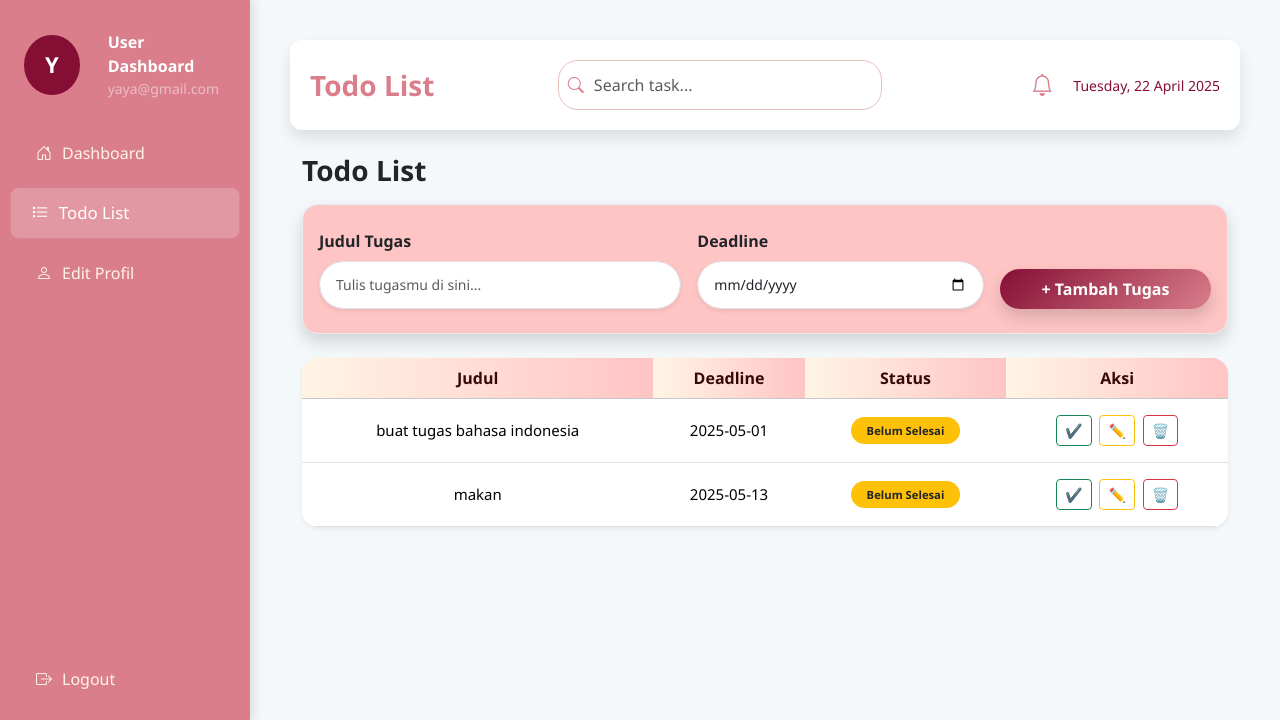
Repository: zhr-nabila/FloTime
Page: http://localhost/todo.php
These files come from the project's save history. The page is drawn as it stood at one moment and after a run of saves; the edit follows.
The browser window is 1280 px wide. The pictures show the whole page.
The page is run by PHP 8.4 with error messages shown; the project is at /var/www/html/. The session is filled in as if someone had signed in: {"email": "yaya@gmail.com", "status": "login", "user_id": 2}. Other server files are loaded and not shown. The database holds what the project's SQL file puts in it.

Above is the page before, as saved 2025-04-23 12:24:52.

### todo.php
<?php
session_start();
require 'koneksi.php';

if (!isset($_SESSION['status']) || $_SESSION['status'] != "login") {
    header("Location: login.php");
    exit();
}

$user_id = $_SESSION['user_id'];
$email = $_SESSION['email'];
$search = $_GET['search'] ?? '';

// Tambah task
if (isset($_POST['add_task'])) {
    $title = $_POST['title'];
    $deadline = $_POST['deadline'];
    $created_at = date('Y-m-d H:i:s');

    $stmt = $conn->prepare("INSERT INTO todos (user_id, title, status, deadline, created_at) VALUES (?, ?, 'pending', ?, ?)");
    $stmt->bind_param("isss", $user_id, $title, $deadline, $created_at);
    $stmt->execute();
    $stmt->close();

    header("Location: todo.php");
    exit();
}

// Centang task
if (isset($_GET['done'])) {
    $task_id = $_GET['done'];
    $conn->query("UPDATE todos SET status='completed' WHERE id=$task_id AND user_id=$user_id");
    header("Location: todo.php");
    exit();
}

// Hapus task
if (isset($_GET['delete'])) {
    $task_id = $_GET['delete'];
    $conn->query("DELETE FROM todos WHERE id=$task_id AND user_id=$user_id");
    header("Location: todo.php");
    exit();
}

// Ambil data tugas
$searchSql = !empty($search) ? "AND title LIKE '%$search%'" : "";
$sql = "SELECT * FROM todos WHERE user_id = $user_id $searchSql ORDER BY deadline ASC";
$result = $conn->query($sql);

if (!$result) {
    die("Query gagal: " . $conn->error);
}
?>

<!DOCTYPE html>
<html lang="en">

<head>
    <meta charset="UTF-8">
    <title>Todo List</title>
    <link href="https://cdn.jsdelivr.net/npm/bootstrap@5.3.3/dist/css/bootstrap.min.css" rel="stylesheet">
    <link href="https://cdn.jsdelivr.net/npm/bootstrap-icons@1.10.5/font/bootstrap-icons.css" rel="stylesheet">
    <link rel="stylesheet" href="css/style.css">
</head>

<body>

    <div class="sidebar d-flex flex-column">
        <div class="px-4 d-flex align-items-center mb-4">
            <div class="user-avatar"><?= strtoupper(substr($email, 0, 1)) ?></div>
            <div class="ms-2">
                <div class="fw-semibold">User Dashboard</div>
                <div class="small text-white-50"><?= htmlspecialchars($email) ?></div>
            </div>
        </div>
        <nav class="nav flex-column px-3">
            <a class="nav-link" href="dashboard.php"><i class="bi bi-house-door"></i> Dashboard</a>
            <a class="nav-link active" href="todo.php"><i class="bi bi-list-task"></i> Todo List</a>
            <a class="nav-link" href="profile.php"><i class="bi bi-person"></i> Edit Profil</a>
            <a class="nav-link logout" href="logout.php"><i class="bi bi-box-arrow-right"></i> Logout</a>
        </nav>
    </div>

    <div class="main-content">
        <div class="header">
            <div class="title">Todo List</div>
            <div class="search-bar">
                <form method="GET" action="todo.php" class="d-flex">
                    <input type="text" name="search" class="form-control" placeholder="Search task..." value="<?= htmlspecialchars($search) ?>">
                    <button type="submit" class="btn"><i class="bi bi-search"></i></button>
                </form>
            </div>
            <div class="notifications">
                <i class="bi bi-bell"></i>
                <div class="date"><?= date('l, d F Y') ?></div>
            </div>
        </div>

        <div class="container mt-4">
            <h3 class="mb-3 fw-bold">Todo List</h3>
            <form method="POST" class="mb-4 px-3 py-4 rounded-4 shadow border border-light-subtle premium-form">
                <div class="row align-items-end g-3">
                    <div class="col-md-5">
                        <label class="form-label fw-semibold">Judul Tugas</label>
                        <input type="text" name="title" class="form-control form-control-sm rounded-5 shadow-sm" placeholder="Tulis tugasmu di sini..." required>
                    </div>
                    <div class="col-md-4">
                        <label class="form-label fw-semibold">Deadline</label>
                        <input type="date" name="deadline" class="form-control form-control-sm rounded-5 shadow-sm" required>
                    </div>
                    <div class="col-md-3 d-grid">
                        <button type="submit" name="add_task" class="btn btn-gradient shadow fw-semibold py-2 rounded-5">+ Tambah Tugas</button>
                    </div>
                </div>
            </form>


            <?php if ($result->num_rows > 0): ?>
                <div class="table-responsive shadow-sm rounded-4 overflow-hidden">
                    <table class="table table-hover align-middle mb-0 premium-table">
                        <thead class="table-light text-center">
                            <tr>
                                <th>Judul</th>
                                <th>Deadline</th>
                                <th>Status</th>
                                <th>Aksi</th>
                            </tr>
                        </thead>
                        <tbody>
                            <?php while ($row = $result->fetch_assoc()): ?>
                                <tr>
                                    <td><?= htmlspecialchars($row['title']) ?></td>
                                    <td><?= htmlspecialchars($row['deadline']) ?></td>
                                    <td class="text-center">
                                        <?php
                                        if ($row['status'] == 'completed') {
                                            echo "<span class='badge rounded-pill text-bg-success px-3 py-2'>Selesai</span>";
                                        } elseif (date('Y-m-d') > $row['deadline']) {
                                            echo "<span class='badge rounded-pill text-bg-danger px-3 py-2'>Terlambat</span>";
                                        } else {
                                            echo "<span class='badge rounded-pill text-bg-warning text-dark px-3 py-2'>Belum Selesai</span>";
                                        }
                                        ?>
                                    </td>
                                    <td class="text-center">
                                        <?php if ($row['status'] != 'completed'): ?>
                                            <a href="?done=<?= $row['id'] ?>" class="btn btn-outline-success btn-sm me-1">✔️</a>
                                        <?php endif; ?>
                                        <a href="edit_task.php?id=<?= $row['id'] ?>" class="btn btn-outline-warning btn-sm me-1">✏️</a>
                                        <a href="?delete=<?= $row['id'] ?>" onclick="return confirm('Hapus tugas ini?')" class="btn btn-outline-danger btn-sm">🗑️</a>
                                    </td>
                                </tr>
                            <?php endwhile; ?>
                        </tbody>
                    </table>
                </div>
            <?php else: ?>
                <p class="text-muted mt-4 text-center">✨ Tidak ada tugas ditemukan. Buat yang baru, yuk!</p>
            <?php endif; ?>

        </div>
    </div>

</body>

</html>

### koneksi.php
<?php
$host = "localhost";
$user = "root";
$pass = "";
$db = "todolist"; // Nama database kamu

$conn = mysqli_connect($host, $user, $pass, $db);

// Cek koneksi
if (!$conn) {
    die("Koneksi gagal: " . mysqli_connect_error());
}
?>

### css/style.css
@import url('https://fonts.googleapis.com/css2?family=Poppins:wght@500&display=swap');

:root {
    --c0: #ffffff;
    --c1: #E3919F;
    --c2: #E7C0BC;
    --c3: #370808;
    --c4: #D97E8A;
    --c5: #EC9FAB;
    --c6: #000000;
    /* gradient */
    --c7: #850e35;
    --c8: #ee6983;
    --c9: #ffc4c4;
    --c10: #fff5e4;
    --c11: #d1d5db;
}

body {
    background: #f5f8fa;
    font-family: 'Segoe UI', sans-serif;
    margin: 0;
    padding: 0;
    overflow: hidden;
}

html, body {
    height: 100%;
}


::-webkit-scrollbar {
    display: none;
}

.main-content {
    margin-left: 250px;
    padding: 40px;
    height: 100vh;
    overflow-y: auto;
}


.sidebar {
    height: 100vh;
    background: var(--c4);
    color: var(--c0);
    padding-top: 30px;
    position: fixed;
    width: 250px;
    transition: all 0.3s;
    box-shadow: 4px 0 10px rgba(0, 0, 0, 0.1);
}

.sidebar .nav-link {
    color: var(--c10);
    padding: 12px 20px;
    margin: 6px 0;
    border-radius: 8px;
    display: flex;
    align-items: center;
    gap: 10px;
    transition: all 0.3s ease;
    font-size: 16px;
}

.sidebar .nav-link:hover,
.sidebar .nav-link.active {
    background-color: rgba(255, 255, 255, 0.2);
    color: var(--c0);
    transform: scale(1.05);
}

.sidebar .nav-link.logout {
    color: var(--c10);
    padding: 12px 20px;
    margin: 22rem 0;
    border-radius: 8px;
    display: flex;
    align-items: center;
    gap: 10px;
    transition: all 0.3s ease;
    font-size: 16px;
}

.sidebar .nav-link.logout:hover {
    background-color: rgba(255, 255, 255, 0.2);
    color: var(--c0);
    transform: scale(1.05);
}

.main-content {
    margin-left: 250px;
    padding: 40px;
}

.header {
    display: flex;
    justify-content: space-between;
    align-items: center;
    padding: 20px;
    background: var(--c0);
    border-radius: 12px;
    box-shadow: 0 8px 15px rgba(0, 0, 0, 0.1);
    margin-bottom: 20px;
}

.header .title {
    font-size: 28px;
    font-weight: bold;
    color: var(--c4);
}

.header .search-bar {
    position: relative;
    width: 350px;
}

.header .search-bar input {
    width: 100%;
    padding: 12px 40px 12px 35px;
    border-radius: 20px;
    border: 1px solid var(--c2);
    font-size: 16px;
    transition: border 0.3s;
}

.header .search-bar input:focus {
    border: 1px solid var(--c4);
    outline: none;
}

.header .search-bar i {
    position: absolute;
    top: 50%;
    left: 10px;
    transform: translateY(-50%);
    color: var(--c4);
}

.header .notifications {
    display: flex;
    align-items: center;
    gap: 20px;
}

.header .notifications .bi {
    font-size: 22px;
    cursor: pointer;
    color: var(--c4);
    transition: color 0.3s;
}

.header .notifications .bi:hover {
    color: var(--c7);
}

.card-welcome {
    background: linear-gradient(135deg, var(--c9), var(--c10));
    border-radius: 16px;
    box-shadow: 0 15px 30px rgba(0, 0, 0, 0.1);
    padding: 30px;
    animation: fadeIn 0.6s ease;
    margin-bottom: 30px;
    color: var(--c7);
    border: none;
}

.user-avatar {
    width: 60px;
    height: 60px;
    background-color: var(--c7);
    color: var(--c0);
    font-weight: bold;
    border-radius: 50%;
    display: flex;
    align-items: center;
    justify-content: center;
    margin-right: 20px;
    font-size: 22px;
    transition: background-color 0.3s ease;
}

.user-avatar:hover {
    background-color: var(--c3);
}

.date {
    font-size: 14px;
    color: var(--c7);
}

@keyframes fadeIn {
    from {opacity: 0; transform: translateY(20px);}
    to {opacity: 1; transform: translateY(0);}
}

/* Mobile Responsiveness */
@media (max-width: 768px) {
    .sidebar {
        width: 200px;
    }

    .main-content {
        margin-left: 200px;
    }

    .header .title {
        font-size: 24px;
    }

    .header .search-bar {
        width: 250px;
    }
}

/* todo */

/* todo */

.premium-form {
    background-color: var(--c9);
    border: 2px solid var(--c2);
    border-radius: 12px;
}

.btn-gradient {
    background: linear-gradient(135deg, var(--c7), var(--c4));
    color: white;
    border: none;
    transition: 0.3s ease;
    border-radius: 10px; /* Membuat tombol lebih melengkung */
    padding: 0.8rem 1.5rem; /* Menyesuaikan ukuran tombol */
}

.btn-gradient:hover {
    transform: scale(1.02);
    background: linear-gradient(135deg, var(--c8), var(--c4));
    box-shadow: 0 4px 8px rgba(0, 0, 0, 0.15); /* Memberikan efek bayangan yang lebih soft */
}

.form-control-sm {
    font-size: 14px; /* Ukuran font yang lebih kecil */
    padding: 0.8rem 1rem; /* Mengatur ukuran padding input agar lebih kecil */
    border-radius: 8px; /* Membuat sudut input lebih melengkung */
}

.premium-table th {
    font-weight: 600;
    background: linear-gradient(to right, var(--c10), var(--c9));
    color: var(--c3);
}

.premium-table td {
    vertical-align: middle;
    padding-top: 16px;
    padding-bottom: 16px;
    font-size: 15px;
}

.table-hover tbody tr:hover {
    background-color: #fdf2f2;
    transition: 0.3s;
}

.table td,
.table th {
    text-align: center;
}

### todolist.sql (the tables this page reads)
CREATE TABLE `todos` (
  `id` int(11) NOT NULL,
  `user_id` int(11) NOT NULL,
  `title` varchar(255) NOT NULL,
  `status` enum('pending','completed') DEFAULT 'pending',
  `deadline` date DEFAULT NULL,
  `created_at` timestamp NOT NULL DEFAULT current_timestamp()
) ENGINE=InnoDB DEFAULT CHARSET=utf8mb4 COLLATE=utf8mb4_general_ci;

INSERT INTO `todos` (`id`, `user_id`, `title`, `status`, `deadline`, `created_at`) VALUES
(2, 2, 'buat tugas bahasa indonesia', 'pending', '2025-05-01', '2025-05-15 17:11:25'),
(5, 2, 'makan', 'pending', '2025-05-13', '2025-05-21 19:26:13');

ALTER TABLE `todos`
  ADD PRIMARY KEY (`id`),
  ADD KEY `user_id` (`user_id`);

ALTER TABLE `todos`
  MODIFY `id` int(11) NOT NULL AUTO_INCREMENT, AUTO_INCREMENT=6;

ALTER TABLE `todos`
  ADD CONSTRAINT `todos_ibfk_1` FOREIGN KEY (`user_id`) REFERENCES `users` (`id`);

After the next 2 saves:
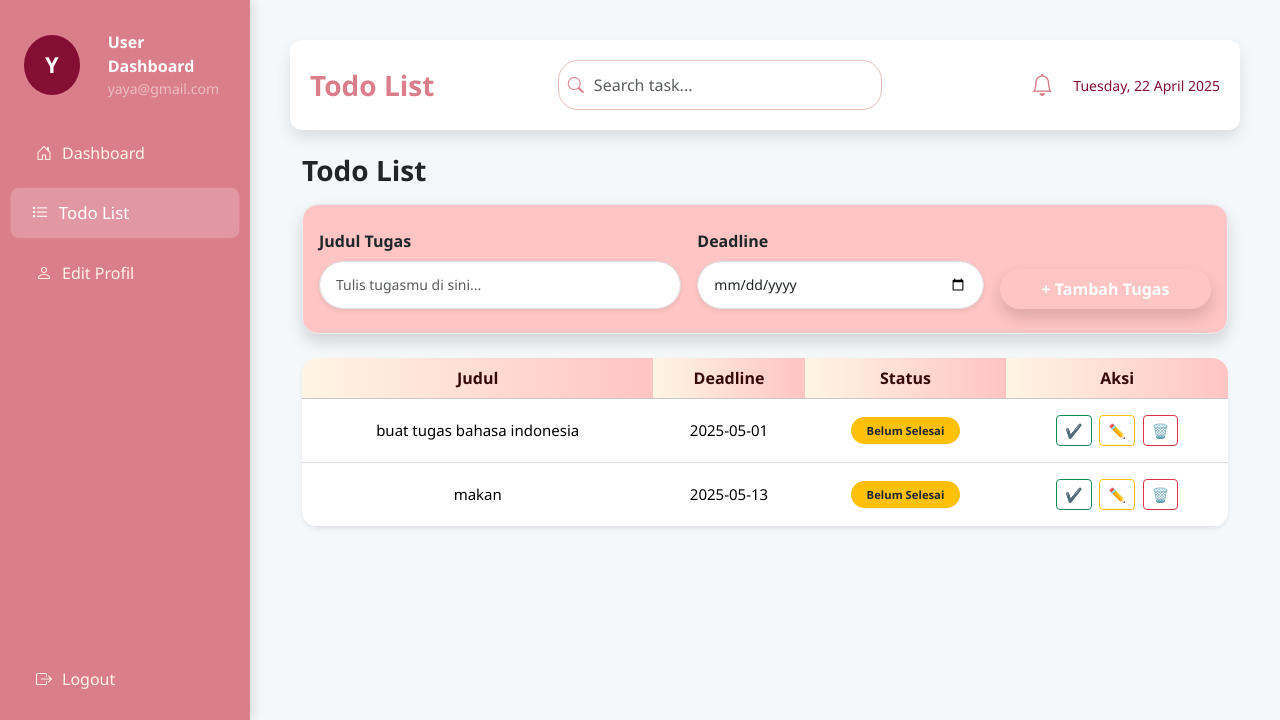
The 2 saves are shown as one change because they came seconds apart.
The last was saved 53 s later.
--- a/css/style.css
+++ b/css/style.css
@@ -225,7 +225,7 @@ html, body {
 }
 
 .btn-gradient {
-    background: linear-gradient(135deg, var(--c7), var(--c4));
+    background-color: var();
     color: white;
     border: none;
     transition: 0.3s ease;
